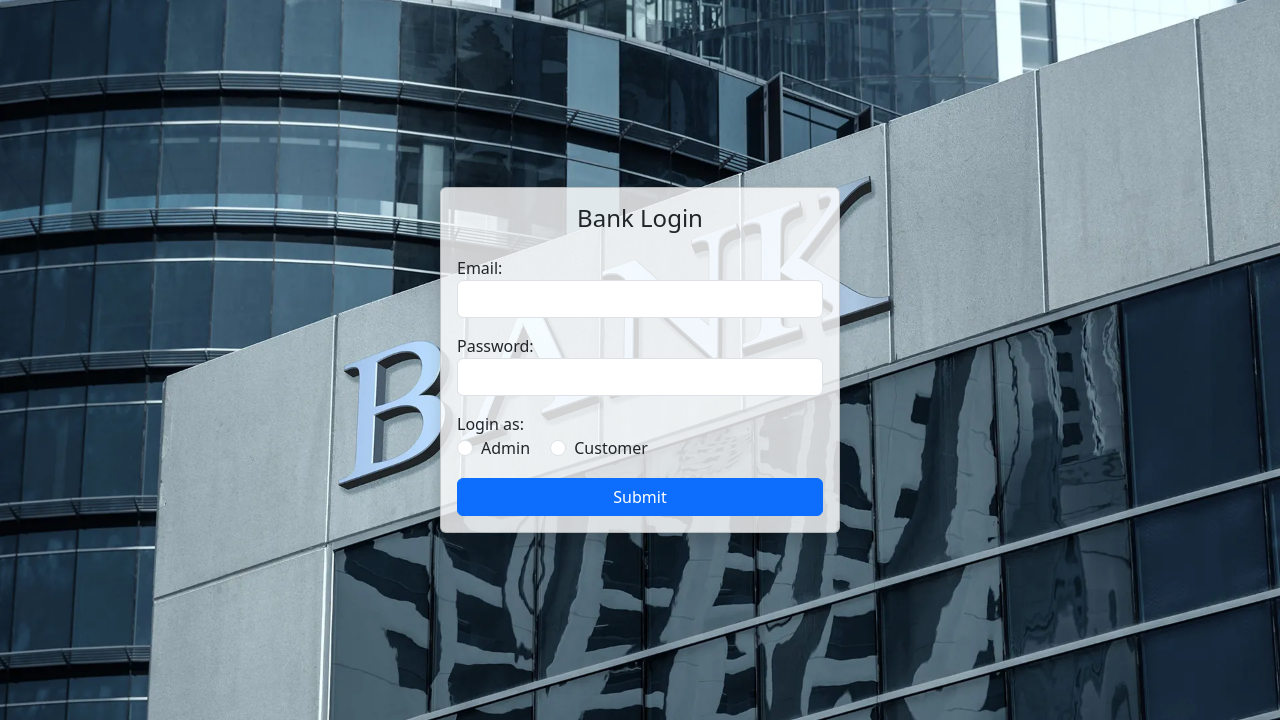
Repository: prathamsuhasia/swabhav-mini-project
Page: http://localhost/01-mini-project/Index.jsp
An editor plug-in stored every save of this project. The page is shown before and after the next save, followed by the edit.
The browser window is 1280 px wide. The pictures show the whole page.
The page is served by Tomcat 9.

Above is the page before, as saved 2024-08-15 21:30:47.

After the next save:
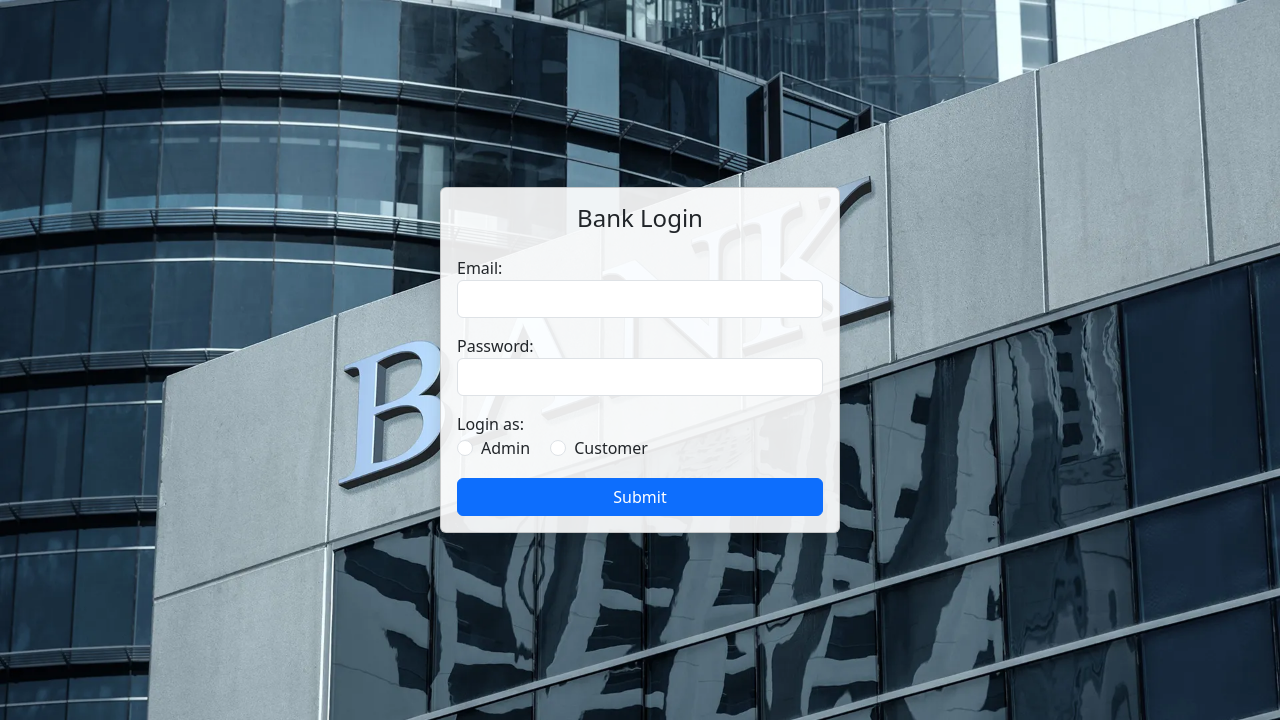
Saved 53 s later.
--- a/01-mini-project/WebContent/Index.jsp
+++ b/01-mini-project/WebContent/Index.jsp
@@ -16,7 +16,7 @@
     .card {
         max-width: 400px;
         width: 100%;
-        background: rgba(255, 255, 255, 0.8);
+        background: rgba(255, 255, 255, 0.9);
     }
 </style>
 </head>

After the save that followed:
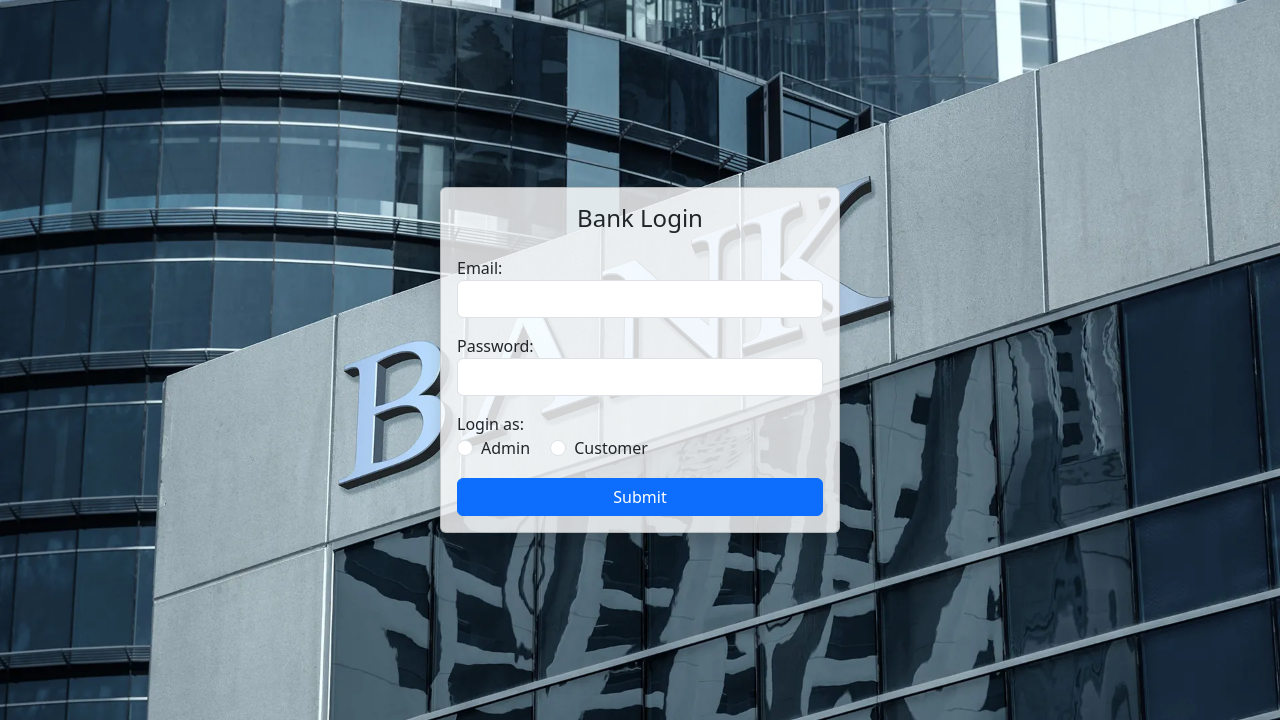
Saved 87 s later.
--- a/01-mini-project/WebContent/Index.jsp
+++ b/01-mini-project/WebContent/Index.jsp
@@ -1,4 +1,4 @@
-<!DOCTYPE html PUBLIC "-//W3C//DTD HTML 4.01 Transitional//EN" "http://www.w3.org/TR/html4/loose.dtd">
+<!DOCTYPE html>
 <html>
 <head>
 <meta http-equiv="Content-Type" content="text/html; charset=ISO-8859-1">
@@ -16,7 +16,7 @@
     .card {
         max-width: 400px;
         width: 100%;
-        background: rgba(255, 255, 255, 0.9);
+        background: rgba(255, 255, 255, 0.8);
     }
 </style>
 </head>
@@ -58,21 +58,29 @@
 
 <!-- Embed error parameter into JavaScript -->
 <script>
-    // Retrieve error parameter from the URL
-    const urlParams = new URLSearchParams(window.location.search);
-    const error = urlParams.get('error');
+    document.addEventListener('DOMContentLoaded', function() {
+        // Retrieve error parameter from the URL
+        const urlParams = new URLSearchParams(window.location.search);
+        const error = urlParams.get('error');
 
-    // Get the error message div
-    const errorMessageDiv = document.getElementById('error-message');
+        // Get the error message div
+        const errorMessageDiv = document.getElementById('error-message');
 
-    // Display appropriate error message
-    if (error === 'InvalidAdminCredentials') {
-        errorMessageDiv.innerText = 'Invalid admin credentials. Please try again.';
-        errorMessageDiv.style.display = 'block';
-    } else if (error === 'InvalidCustomerCredentials') {
-        errorMessageDiv.innerText = 'Invalid customer credentials. Please try again.';
-        errorMessageDiv.style.display = 'block';
-    }
+        // Display appropriate error message
+        if (error === 'InvalidAdminCredentials') {
+            errorMessageDiv.innerText = 'Invalid admin credentials. Please try again.';
+            errorMessageDiv.style.display = 'block';
+        } else if (error === 'InvalidCustomerCredentials') {
+            errorMessageDiv.innerText = 'Invalid customer credentials. Please try again.';
+            errorMessageDiv.style.display = 'block';
+        }
+
+        // Clear URL parameters
+        if (window.history.replaceState) {
+            const newUrl = window.location.protocol + "//" + window.location.host + window.location.pathname;
+            window.history.replaceState({}, document.title, newUrl);
+        }
+    });
 </script>
 
 <script src="https://cdn.jsdelivr.net/npm/bootstrap@5.3.0/dist/js/bootstrap.bundle.min.js"></script>
